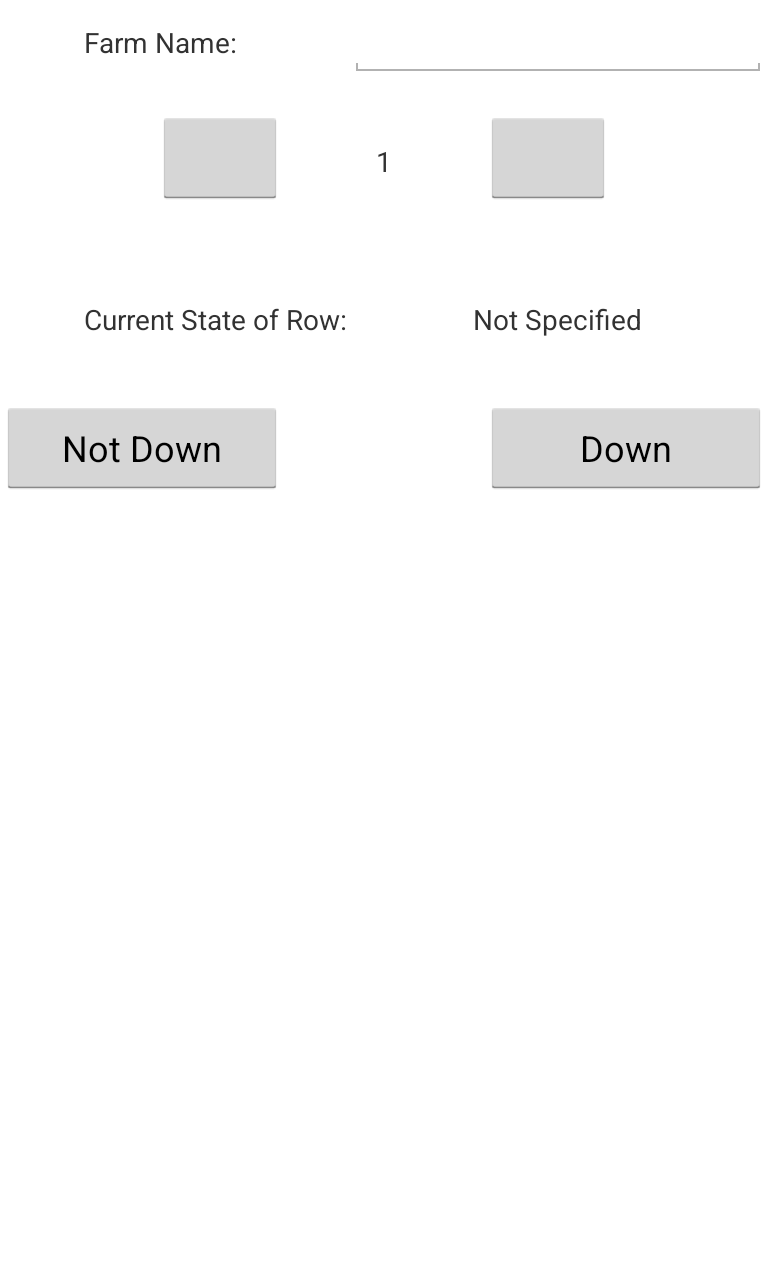
Repository: cokembel/FarmHand
Layout: FarmHand/res/layout/activity_main.xml
An editor plug-in stored every save of this project. The layout is shown before and after the next save, followed by the edit.
It is drawn on a 768 x 1280 px phone screen (xhdpi) without system bars, with theme AppTheme; the app's code is not run.

Above is the layout before, as saved 2012-12-05 09:57:31.

After the next save:
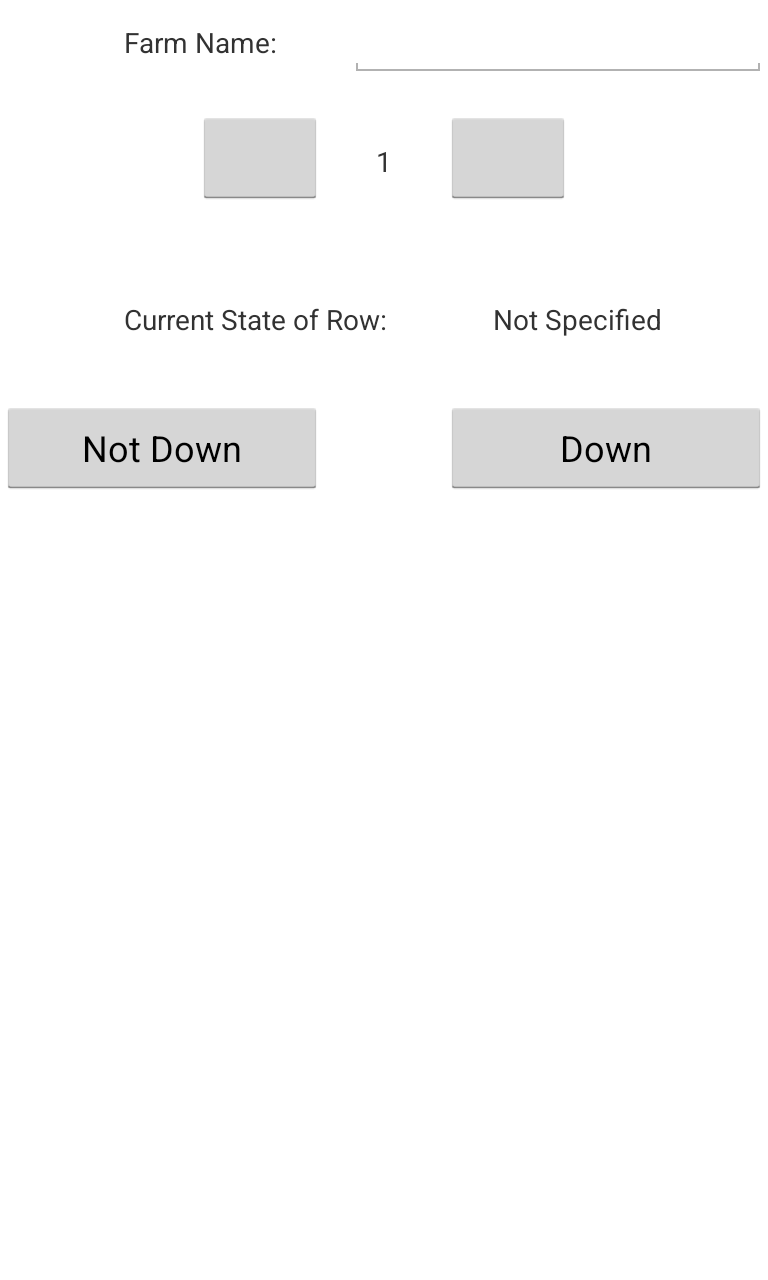
Saved 27 s later.
--- a/FarmHand/res/layout/activity_main.xml
+++ b/FarmHand/res/layout/activity_main.xml
@@ -46,7 +46,7 @@
 
              <TextView
                 android:id="@+id/row_number"
-                android:layout_width="100dp"
+                android:layout_width="60dp"
                 android:layout_height="40dp"
                 android:layout_alignBaseline="@+id/prev_row_button"
                 android:layout_alignBottom="@+id/prev_row_button"
@@ -76,7 +76,6 @@
                 android:id="@+id/next_row_button"
                 android:layout_width="wrap_content"
                 android:layout_height="match_parent"
-                android:layout_alignBottom="@+id/prev_row_button"
                 android:layout_toRightOf="@id/row_number"
                 android:layout_alignTop="@id/prev_row_button"
                 />
